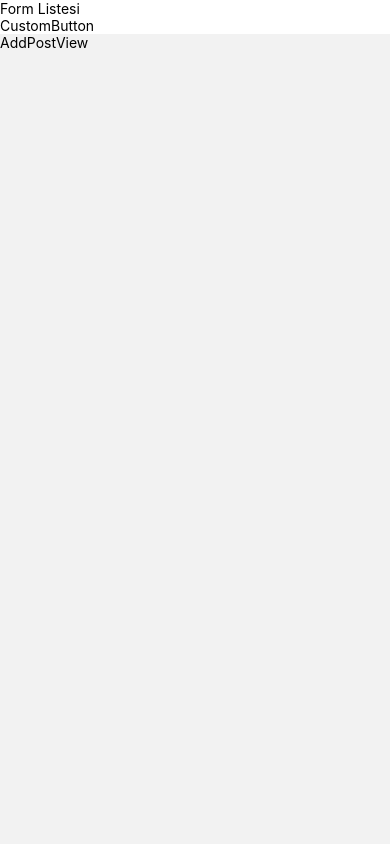
Repository: Kubraaygun/FirebaseRN
Page: /AddPost
The author's editor kept a copy of each file at every save. The page is drawn from the files as they stood at one save, then again after a run of saves.
The browser window is 390 px wide. The pictures show the whole page.
The app was drawn by React Native's web renderer in a window 390 px wide. The project was rebuilt for these pictures with package versions that can differ from the ones it lists, and the page was loaded fresh each time.

Above is the page before, as saved 2025-01-20 18:54:10.

After the next 2 saves:
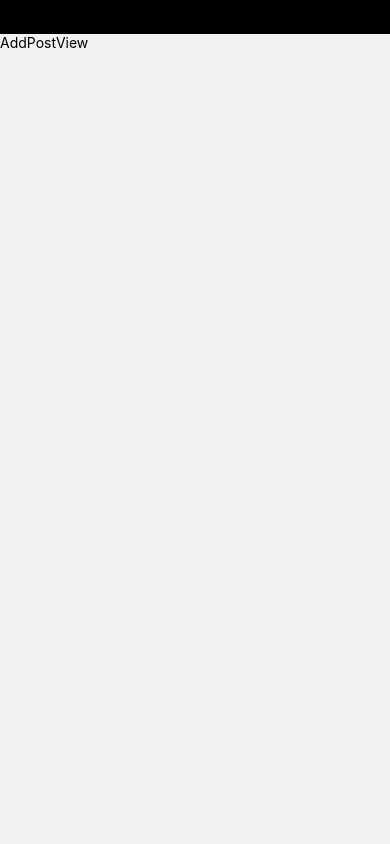
The 2 saves are shown as one change because 1 did not build or start.
The last was saved 55 s later.
--- a/src/screens/component/AppBar.jsx
+++ b/src/screens/component/AppBar.jsx
@@ -13,4 +13,8 @@ const AppBar = () => {
 
 export default AppBar;
 
-const styles = StyleSheet.create({});
+const styles = StyleSheet.create({
+  container: {
+    backgroundColor: '#000000',
+  },
+});
